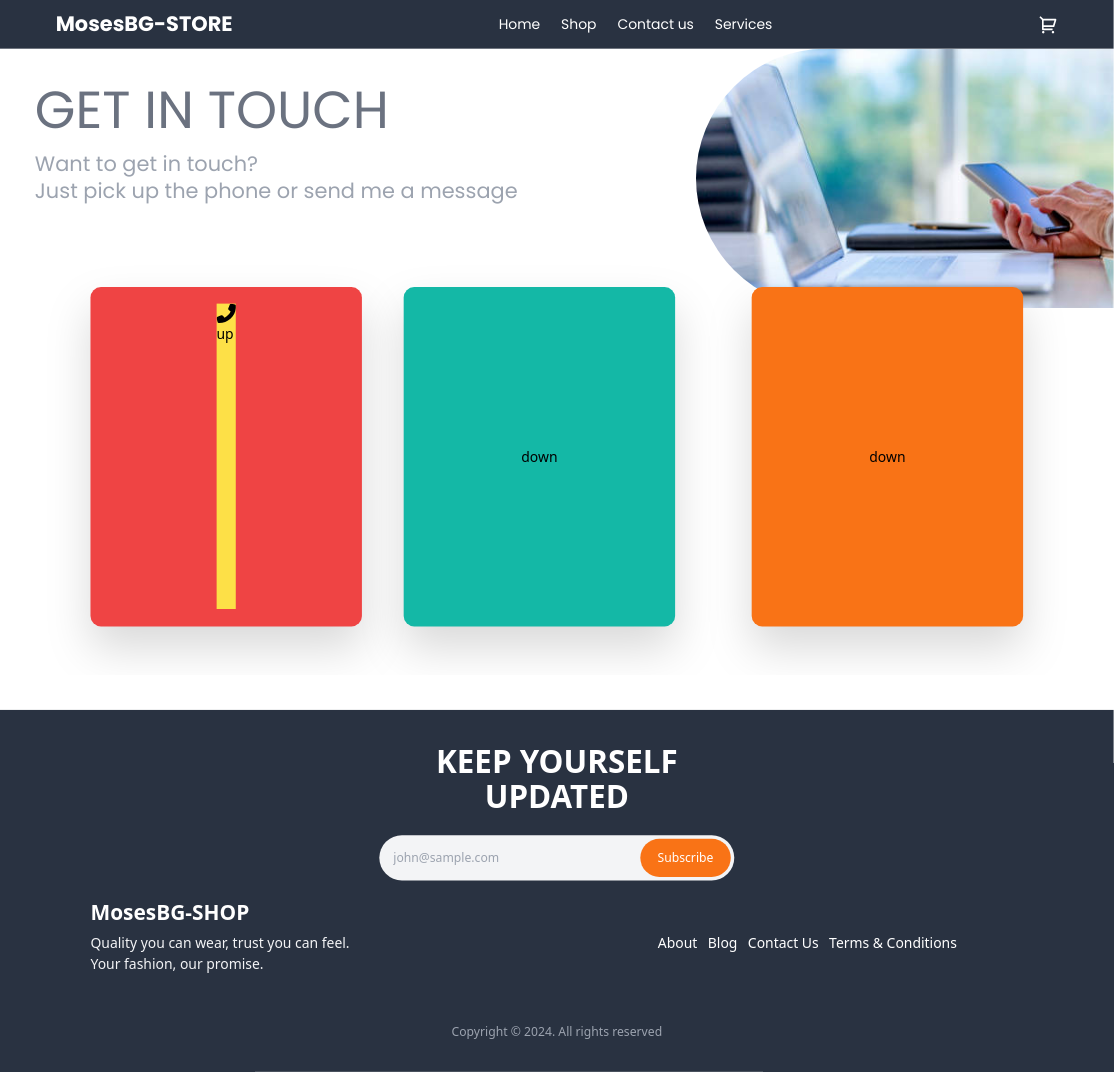
Repository: moshebengan/cart
Page: /fake-store/contact-us
The author's editor kept a copy of each file at every save. The page is drawn from the files as they stood at one save, then again after the next save.
The browser window is 1280 px wide. The pictures show the whole page, at 87% of full size.
The project was rebuilt for these pictures with package versions that can differ from the ones it lists, and the page was loaded fresh each time. Also part of the build but not shown: vite.config.js, src/components/Error.jsx, src/utils/data.js, src/utils/apiCalls.js, src/components/Loading.jsx, src/components/Products.jsx, src/pages/HomePage.jsx, src/components/EmptyCart.jsx and 4 more.

Above is the page before, as saved 2024-09-16 09:35:31.

After the next save:
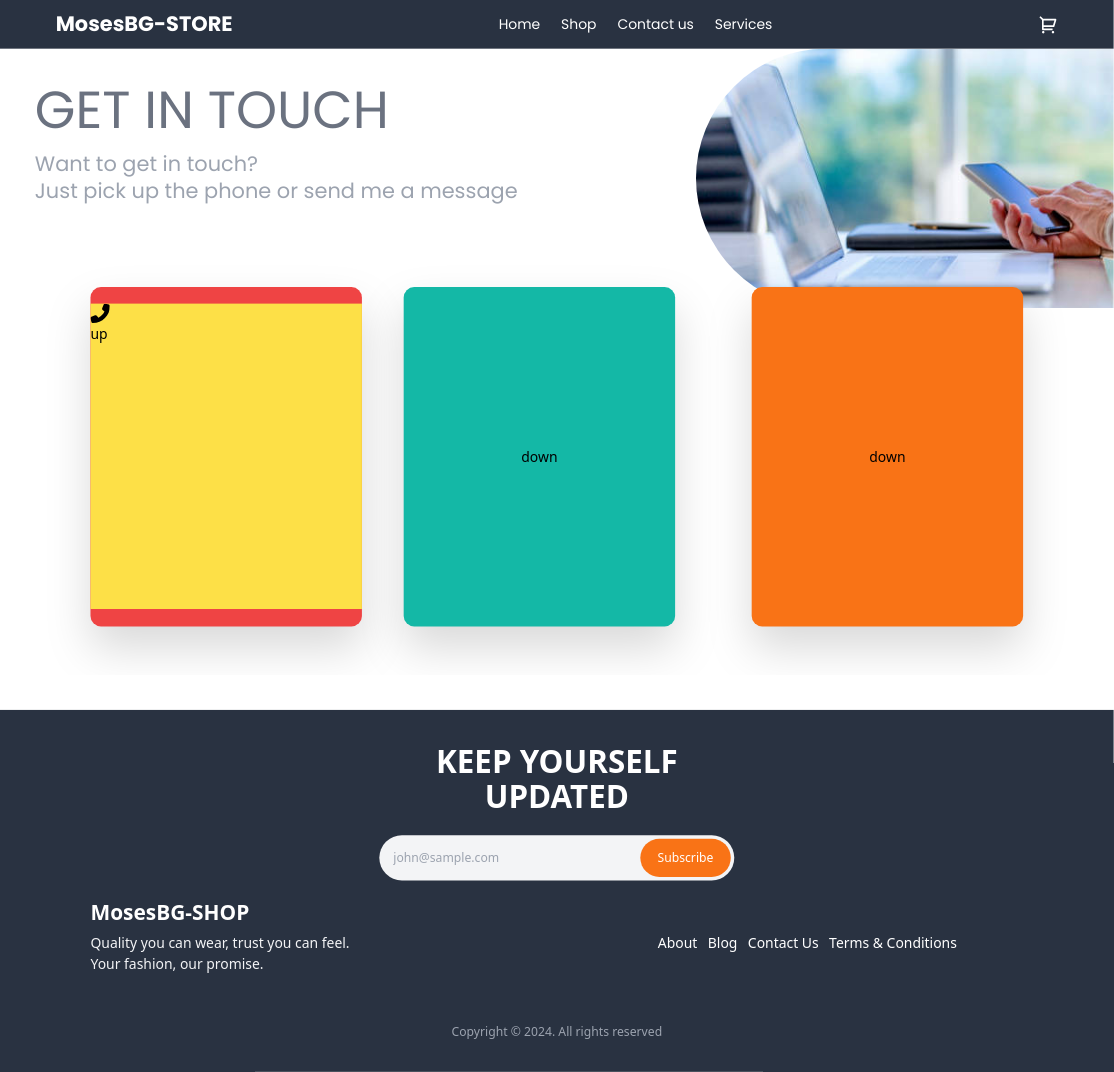
Saved 30 s later.
--- a/src/pages/ContactUs.jsx
+++ b/src/pages/ContactUs.jsx
@@ -25,7 +25,7 @@ const ContactUs = () => {
         <div className="relative w-full h-[70%] bg-white p-4">
         <div className="h-full  bg-transparent flex justify-evenly relative -top-10  ">
           <div className=" ml-10 w-1/4 h-full bg-red-500  flex flex-col items-center justify-center rounded-xl drop-shadow-2xl">
-          <div className="bg-yellow-300 h-[90%]">
+          <div className="bg-yellow-300 h-[90%] w-full">
           <FaPhoneFlip size={"1.4em"}/>
           up
           </div>
